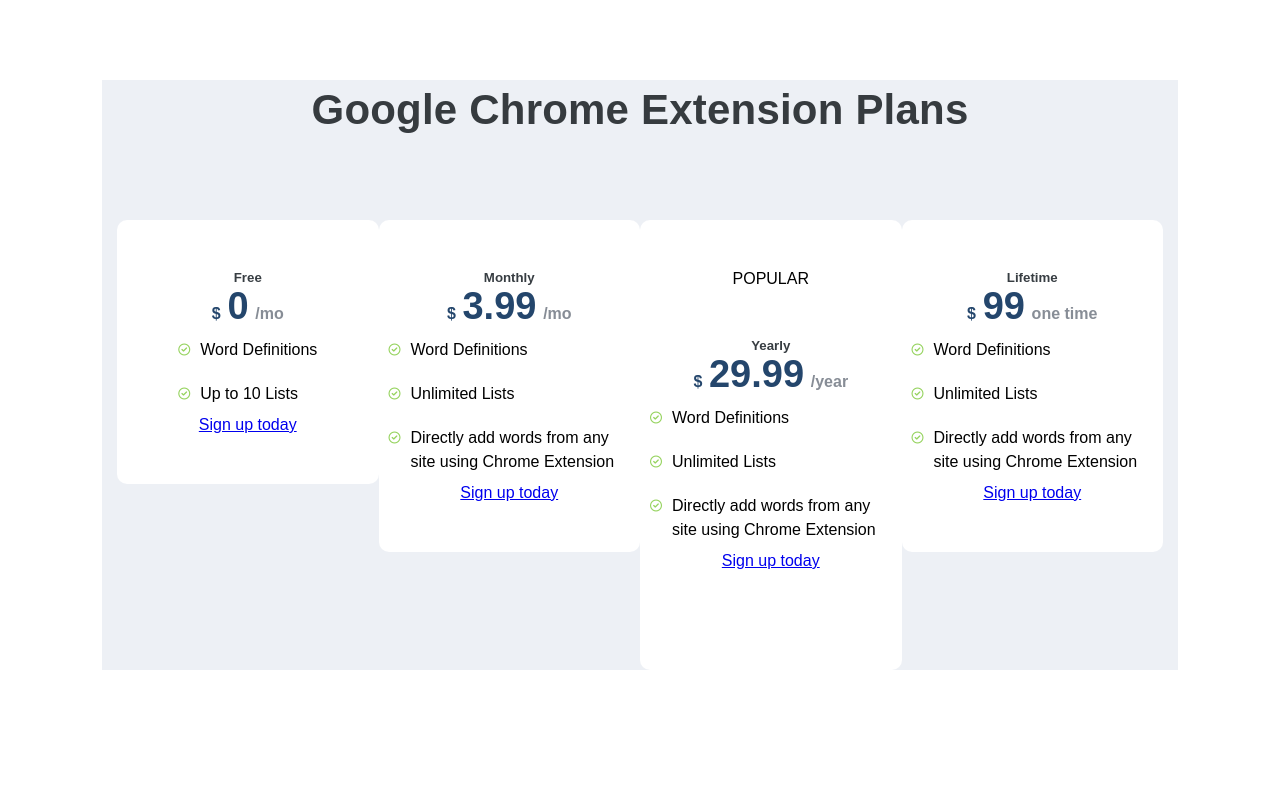
Repository: Novoselets28/chatos-test-task
Page: index.html
An editor plug-in stored every save of this project. The page is shown before and after the next save, followed by the edit.
The browser window is 1280 px wide. The pictures show the whole page.

Above is the page before, as saved 2023-04-19 19:43:12.

After the next save:
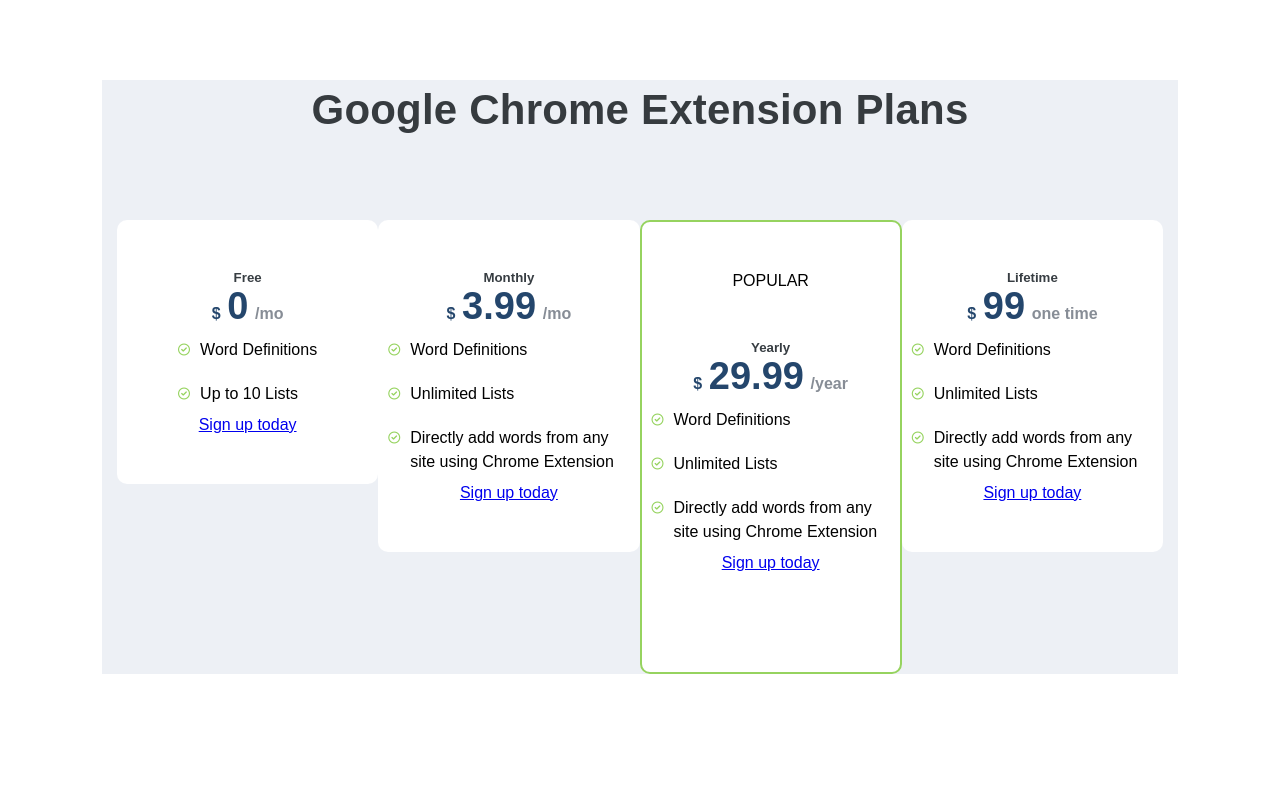
Saved 25 s later.
--- a/index.css
+++ b/index.css
@@ -61,7 +61,7 @@
 }
 
 .item-extension_active{
-    border: #96d35f;
+    border: 2px solid #96d35f;
 }
 
 .item-extension__title{
